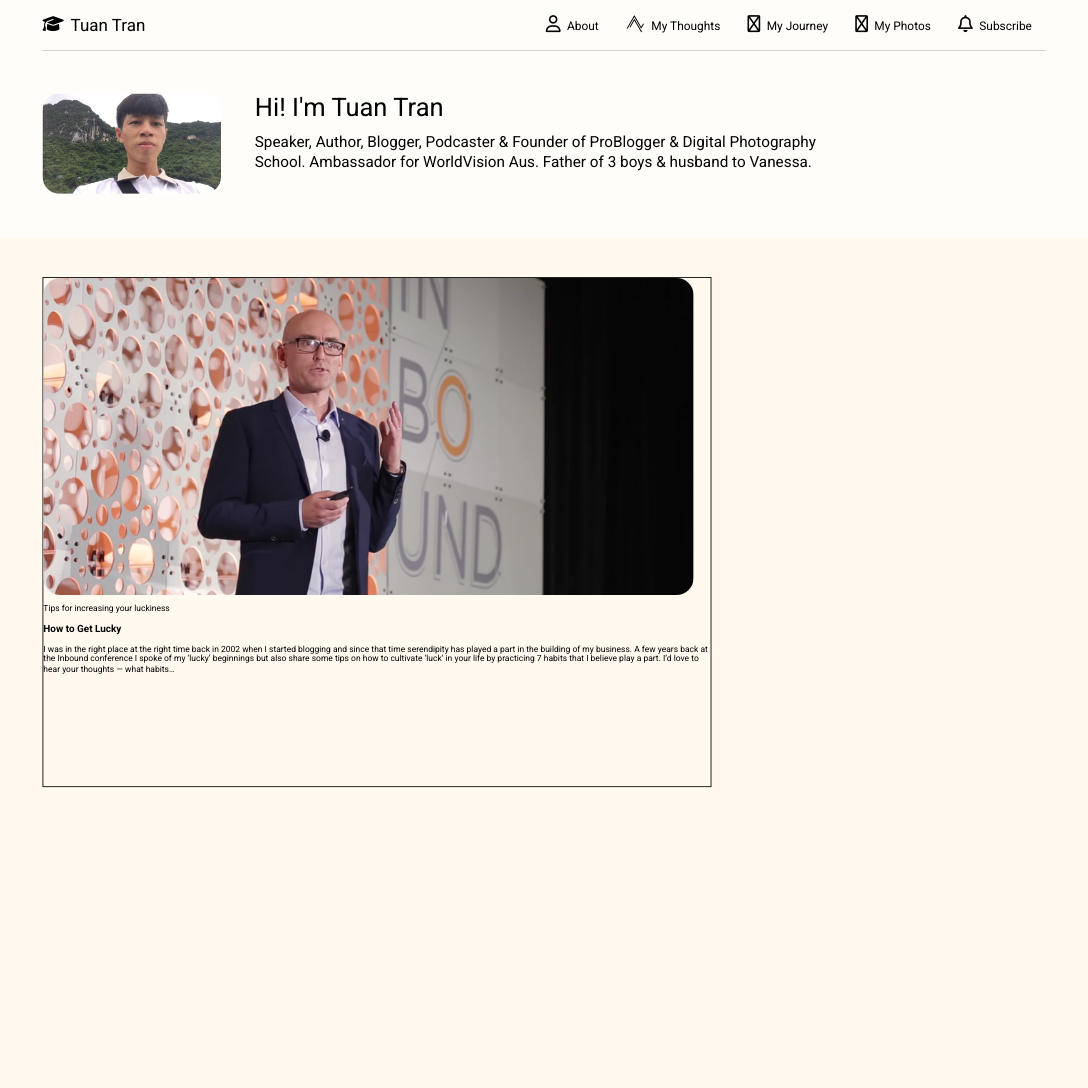
Repository: TranDinhTuann/Blog-Demo
Page: index.html
The author's editor kept a copy of each file at every save. The page is drawn from the files as they stood at one save, then again after the next save.
The browser window is 1280 px wide. The pictures show the whole page, at 85% of full size.

Above is the page before, as saved 2023-03-22 20:23:33.

After the next save:
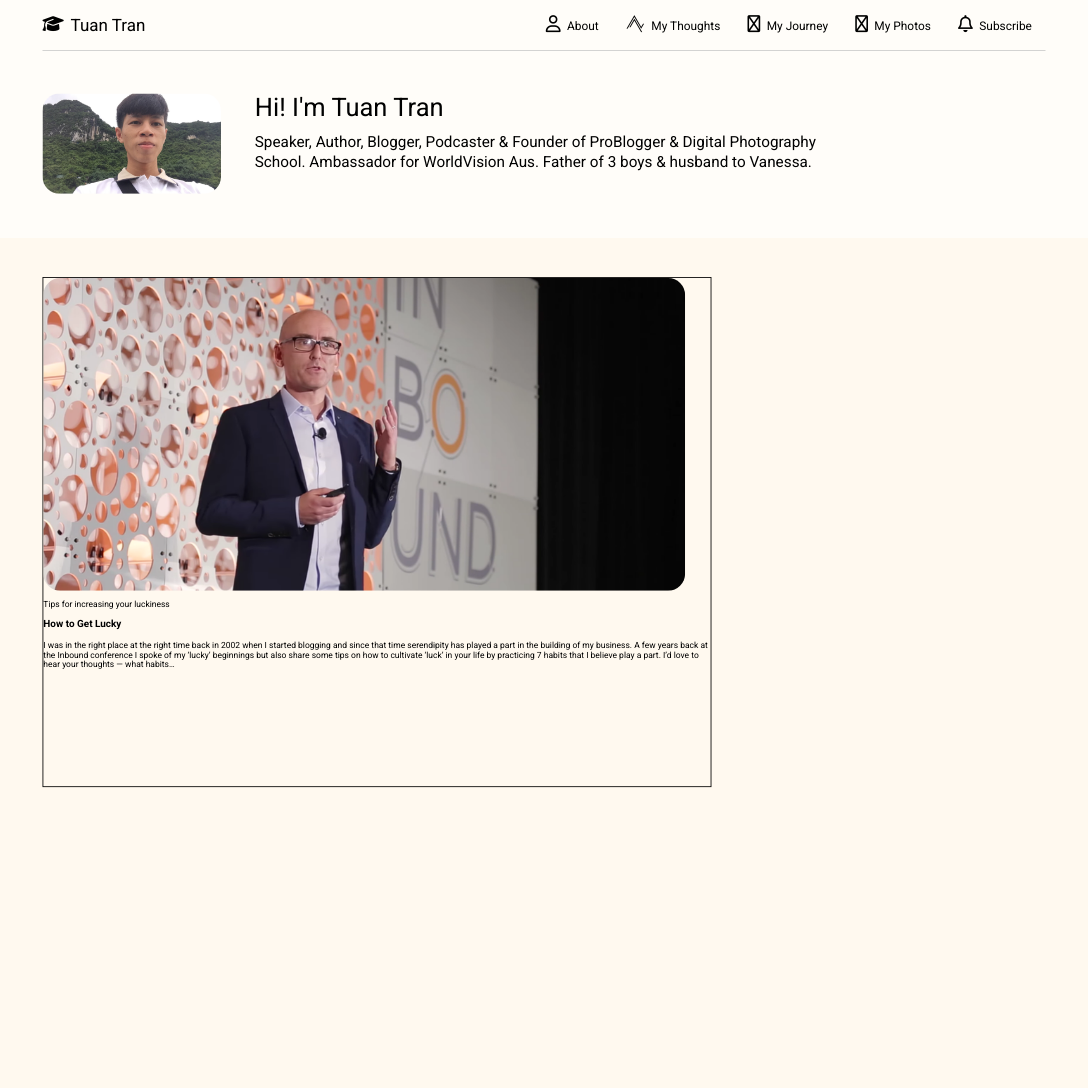
Saved 12 s later.
--- a/assets/css/base.css
+++ b/assets/css/base.css
@@ -42,5 +42,5 @@ img{
     border-radius: 20px;
 }
 .img-human{
-    margin-right: 20px;
+    margin-right: 30px;
 }
